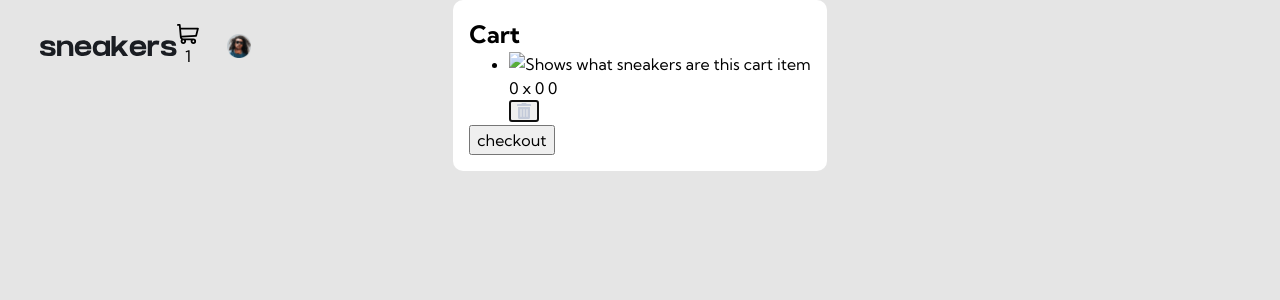
Repository: NikitaVologdin/React-Commerce-Product-Page
Page: /, after clicking the first element matching `button.header__cart-icon`
These files come from the project's save history. The page is drawn as it stood at one moment and after the next save; the edit follows.
The browser window is 1280 px wide. The pictures show the whole page.
The project was rebuilt for these pictures with package versions that can differ from the ones it lists, and the page was loaded fresh each time. Also part of the build but not shown: vite.config.ts.

Above is the page before, as saved 2024-11-09 13:12:36.

### index.html
<!DOCTYPE html>
<html lang="en">
  <head>
    <meta charset="UTF-8" />
    <link rel="icon" type="image/svg+xml" href="/vite.svg" />
    <meta name="viewport" content="width=device-width, initial-scale=1.0" />
    <title>Vite + React + TS</title>
  </head>
  <body>
    <div id="root" class="app"></div>
    <script type="module" src="/src/main.tsx"></script>
  </body>
</html>

### src/index.css
@import url("https://fonts.googleapis.com/css2?family=Kumbh+Sans:wght,YOPQ@100..900,40..300&display=swap");
@import "/src/styles/reset.css";
:root {
  font-family: "Kumbh Sans", sans-serif;
  line-height: 1.5;
  font-weight: 400;

  color-scheme: light;
  color: var(--dark-grayish-blue);
  background-color: var(--white);

  font-synthesis: none;
  text-rendering: optimizeLegibility;
  -webkit-font-smoothing: antialiased;
  -moz-osx-font-smoothing: grayscale;

  --orange: hsl(26, 100%, 55%);
  --pale-orange: hsl(25, 100%, 94%);
  --very-dark-blue: hsl(220, 13%, 13%);
  --dark-grayish-blue: hsl(219, 9%, 45%);
  --grayish-blue: hsl(220, 14%, 75%);
  --light-grayish-blue: hsl(223, 64%, 98%);
  --white: hsl(0, 0%, 100%);
  --black: hsla(0, 0%, 0%, 0.75);
}

.header {
  display: flex;
  align-items: center;
  padding: 24px 24px 29px;
  &__logo {
    margin-right: auto;
  }
  &__hamburger {
    margin-right: 16px;
    position: relative;
    top: 1px;
  }
}

.hamburger {
  width: 16px;
  height: 15px;
  display: flex;
  flex-direction: column;
  justify-content: space-between;
  border: none;
  padding: 0;
  background: none;
  cursor: pointer;
  z-index: 1;
  &__line {
    width: 100%;
    height: 3px;
    background-color: var(--dark-grayish-blue);
    opacity: 1;
    transition: opacity 0.15s ease-in-out, transform 0.2s ease-in-out;
  }
  &_close > &__line:last-child {
    opacity: 0;
  }
  &_close > &__line:first-child {
    transform: rotate(45deg) translate(4px, 2px);
  }
  &_close > &__line:nth-child(2) {
    transform: rotate(-45deg) translate(2px, 0px);
  }
}

.nav {
  background-color: var(--white);
  position: absolute;
  height: 100vh;
  top: 0;
  bottom: 0;
  left: -100%;
  padding: 92px 130px 0px 25px;
  transition: left 0.3s ease-in-out;
  &__list {
    display: flex;
    flex-direction: column;
    gap: 20px;
    padding-left: 0;
  }
  &_open {
    left: 0;
  }
}

.nav-list {
  &__item {
    list-style: none;
    color: var(--very-dark-blue);
    font-weight: 700;
    font-size: 18px;
    line-height: 26px;
  }
}

.cart-icon {
  border: none;
  background: none;
  padding: 0;
  position: relative;
  cursor: pointer;
  margin-right: 22px;
  &__amount {
    display: flex;
    justify-content: center;
    align-items: center;
    border-radius: 45%;
    position: absolute;
    top: -6px;
    right: -8px;
    padding: 1px 8px;
    color: var(--white);
    background-color: var(--orange);
    font-size: 10px;
    font-weight: 700;
  }
  &__svg {
    fill: var(--very-dark-blue);
  }
}

.avatar {
  border: none;
  background: none;
  cursor: pointer;
}

.cart {
  border-radius: 10px;
  border: none;
  margin: 0 auto;
  &__title {
    font-size: 16px;
    font-weight: 700;
    padding: 24px 0px;
  }
  &__hr {
    background-color: var(--grayish-blue);
  }
}

### src/App.tsx
import Header from "./sections/Header";
import Logo from "./components/Logo";
import { IStockItem } from "./types/stock";

function App() {
  const stock: IStockItem[] = [
    {
      title: "Fall Limited Edition Sneakers",
      price: 250,
      discount: 50,
      id: "aa001",
      img: [
        "image-product-1.jpg",
        "image-product-2.jpg",
        "image-product-3.jpg",
        "image-product-4.jpg",
      ],
      thumbnails: [
        "image-product-1-thumbnail.jpg",
        "image-product-2-thumbnail.jpg",
        "image-product-3-thumbnail.jpg",
        "image-product-4-thumbnail.jpg",
      ],
    },
  ];
  return (
    <>
      <Header>
        <Logo logo={"/images/logo.svg"} />
      </Header>
    </>
  );
}

export default App;

### src/styles/reset.css
/*
  Josh's Custom CSS Reset
  https://www.joshwcomeau.com/css/custom-css-reset/
*/

*,
*::before,
*::after {
  box-sizing: border-box;
}

* {
  margin: 0;
}

body {
  line-height: 1.5;
  -webkit-font-smoothing: antialiased;
}

img,
picture,
video,
canvas,
svg {
  display: block;
  max-width: 100%;
}

input,
button,
textarea,
select {
  font: inherit;
}

p,
h1,
h2,
h3,
h4,
h5,
h6 {
  overflow-wrap: break-word;
}

p {
  text-wrap: pretty;
}
h1,
h2,
h3,
h4,
h5,
h6 {
  text-wrap: balance;
}

#root,
#__next {
  isolation: isolate;
}

### src/sections/Header.tsx
"use client";
import { useState, useContext } from "react";
import { type IHeaderProps } from "../types/header";
import CartIcon from "../components/cart/CartIcon";
import Hamburger from "../components/Hamburger";
import Nav from "../components/Nav";
import { cartContext } from "../store/CartContext";
import Cart from "../components/cart/Cart";

interface IAvatarProps {
  user: {
    avatar: string;
  };
}

function Avatar({ user }: IAvatarProps) {
  return (
    <button aria-label="Open profile" className="header__avatar avatar">
      <img
        src={user.avatar}
        width={24}
        height={24}
        alt=""
        className="avatar__img"
      />
    </button>
  );
}

export default function Header({ children }: IHeaderProps) {
  const [isMenuOpen, setIsMenuOpen] = useState<boolean>(false);
  const [isCartOpen, setIsCartOpen] = useState<boolean>(false);
  const ctx = useContext(cartContext);

  const user = { avatar: "/images/image-avatar.png" };

  return (
    <header className="app__header header">
      <Hamburger isMenuOpen={isMenuOpen} setIsMenuOpen={setIsMenuOpen} />
      {children}
      <Nav isMenuOpen={isMenuOpen} />
      <CartIcon
        isCartOpen={isCartOpen}
        setIsCartOpen={setIsCartOpen}
        amount={ctx.items.length}
      />
      <Cart isCartOpen={isCartOpen} items={ctx.items} />
      <Avatar user={user} />
    </header>
  );
}

### src/components/Logo.tsx
export default function Logo({ logo }: { logo: string }) {
  return (
    <img src={logo} alt="" className="header__logo" width={137} height={20} />
  );
}

### src/components/cart/CartIcon.tsx
import { type ICartIconProps } from "../../types/cart";

export default function CartIcon({
  isCartOpen,
  setIsCartOpen,
  amount,
}: ICartIconProps) {
  function toggleCartHandler() {
    setIsCartOpen(true);
  }
  const icon = (
    <svg
      width="22"
      height="20"
      xmlns="http://www.w3.org/2000/svg"
      className="cart-icon__svg"
    >
      <path
        d="M20.925 3.641H3.863L3.61.816A.896.896 0 0 0 2.717 0H.897a.896.896 0 1 0 0 1.792h1l1.031 11.483c.073.828.52 1.726 1.291 2.336C2.83 17.385 4.099 20 6.359 20c1.875 0 3.197-1.87 2.554-3.642h4.905c-.642 1.77.677 3.642 2.555 3.642a2.72 2.72 0 0 0 2.717-2.717 2.72 2.72 0 0 0-2.717-2.717H6.365c-.681 0-1.274-.41-1.53-1.009l14.321-.842a.896.896 0 0 0 .817-.677l1.821-7.283a.897.897 0 0 0-.87-1.114ZM6.358 18.208a.926.926 0 0 1 0-1.85.926.926 0 0 1 0 1.85Zm10.015 0a.926.926 0 0 1 0-1.85.926.926 0 0 1 0 1.85Zm2.021-7.243-13.8.81-.57-6.341h15.753l-1.383 5.53Z"
        fill=""
        fillRule="nonzero"
      />
    </svg>
  );

  return (
    <button
      aria-label={isCartOpen ? "Close cart" : "Open cart"}
      onClick={toggleCartHandler}
      className="header__cart-icon cart-icon"
    >
      {icon}
      <span className="cart-icon__amount">{amount}</span>
    </button>
  );
}

### src/components/Hamburger.tsx
import { type IHamburgerProps } from "../types/hamburger";

export default function Hamburger({
  isMenuOpen,
  setIsMenuOpen,
}: IHamburgerProps) {
  function clickHandler() {
    setIsMenuOpen(!isMenuOpen);
  }
  return (
    <button
      className={`header__hamburger hamburger ${
        isMenuOpen ? "hamburger_close" : ""
      }`}
      onClick={clickHandler}
      aria-label={isMenuOpen ? "Close menu" : "Open menu"}
    >
      <span className="hamburger__line"></span>
      <span className="hamburger__line"></span>
      <span className="hamburger__line"></span>
    </button>
  );
}

### src/components/Nav.tsx
import { type INavProps } from "../types/nav";

export default function Nav({ isMenuOpen }: INavProps) {
  return (
    <nav className={`header__nav nav ${isMenuOpen ? "nav_open" : ""}`}>
      <ul className="nav__list nav-list">
        <li className="nav-list__item">Collections</li>
        <li className="nav-list__item">Men</li>
        <li className="nav-list__item">Women</li>
        <li className="nav-list__item">About</li>
        <li className="nav-list__item">Contact</li>
      </ul>
    </nav>
  );
}

### src/store/CartContext.tsx
import { createContext } from "react";
import { ICartContext } from "../types/cart";

export const cartContext = createContext<ICartContext>({
  items: [{ title: "", price: 0, quantity: 0, discount: 0, id: "", img: [""] }],
  addItemToCart: () => {},
  removeItemFromCart: () => {},
  increaseQuantity: () => {},
  decreaseQuantity: () => {},
});

### src/components/cart/Cart.tsx
import { useRef, useEffect } from "react";
import { type ICartProps, type ICartItem } from "../../types/cart";
import CartItem from "./CartItem";

export default function Cart({ isCartOpen, items }: ICartProps) {
  const dialogRef = useRef<HTMLDialogElement>(null);
  useEffect(() => {
    if (isCartOpen) return dialogRef.current?.showModal();
    return dialogRef.current?.close();
  }, [isCartOpen]);

  return (
    <dialog className="header__cart cart" ref={dialogRef}>
      <h2 className="cart__title">Cart</h2>
      <div className="cart__hr"></div>
      <ul className="cart__list cart-list">
        {items.map((item: ICartItem) => {
          return (
            <CartItem
              title={item.title}
              thumbnails={item.img}
              price={item.price}
              quantity={item.quantity}
              discount={item.discount}
              id={item.id}
              key={item.id}
            />
          );
        })}
      </ul>
      <button className="cart__checkout">checkout</button>
    </dialog>
  );
}

### src/components/cart/CartItem.tsx
import { type ICartItemProps } from "../../types/cart";

export default function CartItem({
  title,
  thumbnails,
  price,
  quantity,
  discount,
}: ICartItemProps) {
  function calculateTotal(
    price: number,
    quantity: number,
    discount: number | null
  ) {
    if (discount) return (price * quantity * discount) / 100;
    return price * quantity;
  }
  const total = calculateTotal(price, quantity, discount);
  return (
    <li className="cart-list__item cart-item">
      <img
        className="cart-item__img"
        src={thumbnails[0]}
        alt="Shows what sneakers are this cart item"
      />
      <h3 className="cart-item__title">{title}</h3>
      <p className="cart-item__paragraph">
        {`${price} x ${quantity} `}
        <span className="cart-item__paragraph_total">{total}</span>
      </p>
      <button
        className="cart-item__delete"
        aria-label={`Press to delete ${title} from the cart`}
      >
        <img src="/images/icon-delete.svg" alt="" width={14} height={16} />
      </button>
    </li>
  );
}

Loaded but not shown: src/main.tsx (common file)

After the next save:
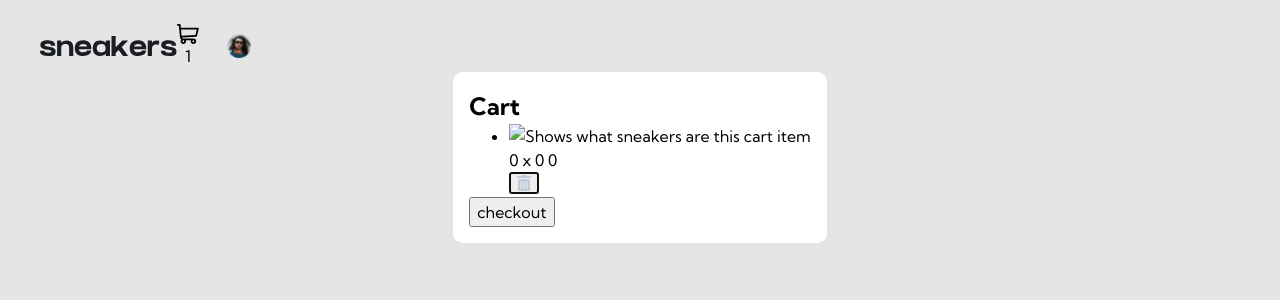
Saved 49 s later.
--- a/src/index.css
+++ b/src/index.css
@@ -133,6 +133,7 @@
   border-radius: 10px;
   border: none;
   margin: 0 auto;
+  top: 10%;
   &__title {
     font-size: 16px;
     font-weight: 700;
